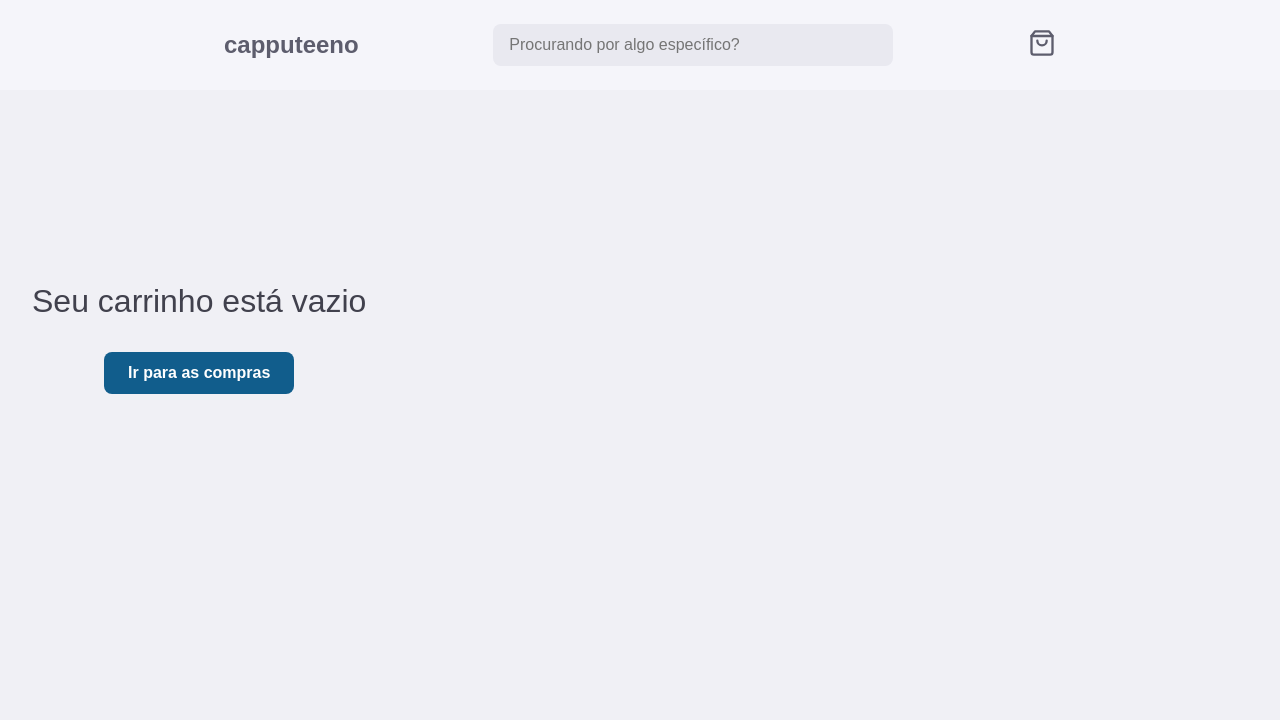
Repository: Biel-barbosa/capputeenoecomerce
Page: /cart
An editor plug-in stored every save of this project. The page is shown before and after the next save, followed by the edit.
The browser window is 1280 px wide. The pictures show the whole page.
The project was rebuilt for these pictures with package versions that can differ from the ones it lists, and the page was loaded fresh each time. The framework's server and built-in components were replaced by stand-ins that run in the browser. Also part of the build but not shown: next.config.ts.

Above is the page before, as saved 2025-04-23 17:21:08.

### src/app/layout.tsx
import type { Metadata } from "next";
import { Geist, Geist_Mono } from "next/font/google";
import "./globals.css";
import { CartProvider } from "../contexts/CartContexts"; // Adicione a importação do CartProvider

const geistSans = Geist({
  variable: "--font-geist-sans",
  subsets: ["latin"],
});

const geistMono = Geist_Mono({
  variable: "--font-geist-mono",
  subsets: ["latin"],
});

export const metadata: Metadata = {
  title: "Create Next App",
  description: "Generated by create next app",
};

export default function RootLayout({
  children,
}: Readonly<{
  children: React.ReactNode;
}>) {
  return (
    <html lang="en">
      <body className={`${geistSans.variable} ${geistMono.variable}`}>

        <CartProvider>
          {children}
        </CartProvider>
      </body>
    </html>
  );
}

### src/app/cart/page.tsx
'use client';

import { useEffect, useState } from 'react';
import styled from 'styled-components';
import Header from '@/components/Header';
import { Product } from '@/data/products';
import Link from 'next/link';

type CartItem = Product & { quantity: number };

const PageWrapper = styled.div`
  background-color: #f0f0f5;
  min-height: 100vh;
`;

const Container = styled.div`
  max-width: 1440px;
  margin: 2rem auto;
  padding: 0 2rem;
  display: flex;
  gap: 2rem;
  flex-wrap: wrap;
  justify-content: space-between;
`;

const ProductsSection = styled.div`
  flex: 2;
  display: flex;
  flex-direction: column;
  gap: 1.5rem;
`;

const SummarySection = styled.div`
  flex: 1;
  background: white;
  padding: 2rem;
  border-radius: 8px;
  box-shadow: 0 0 4px rgba(0, 0, 0, 0.1);
  height: fit-content;
`;

const ProductCard = styled.div`
  display: flex;
  justify-content: space-between;
  gap: 1rem;
  background: white;
  padding: 1rem;
  border-radius: 8px;
  align-items: center;
`;

const ProductImage = styled.img`
  width: 80px;
  height: 80px;
  object-fit: cover;
  border-radius: 8px;
`;

const ProductInfo = styled.div`
  flex: 1;
  display: flex;
  flex-direction: column;
`;

const Controls = styled.div`
  display: flex;
  gap: 0.5rem;
  align-items: center;
`;

const ControlButton = styled.button`
  background: #e0e0e0;
  border: none;
  border-radius: 4px;
  padding: 0.25rem 0.5rem;
  font-weight: bold;
  cursor: pointer;
`;

const RemoveButton = styled.button`
  background: transparent;
  border: none;
  color: red;
  cursor: pointer;
`;

const Title = styled.h3`
  margin: 0;
  font-size: 1rem;
`;

const Price = styled.span`
  color: #737380;
  font-weight: bold;
`;

const SummaryItem = styled.div`
  display: flex;
  justify-content: space-between;
  margin-bottom: 1rem;
`;

const SummaryTitle = styled.h2`
  margin-bottom: 2rem;
`;

const Total = styled.strong`
  font-size: 1.2rem;
`;

const CheckoutButton = styled.button`
  width: 100%;
  padding: 0.75rem;
  background: #115d8c;
  color: white;
  font-weight: bold;
  border: none;
  border-radius: 8px;
  margin-top: 2rem;
  cursor: pointer;

  &:hover {
    background: #0d4c74;
  }
`;

const HelpLinks = styled.div`
  margin-top: 2rem;
  font-size: 0.875rem;
  color: #737380;

  a {
    display: block;
    margin-top: 0.5rem;
    color: #737380;
    text-decoration: none;

    &:hover {
      text-decoration: underline;
    }
  }
`;

// Novo estilo para a mensagem de carrinho vazio
const EmptyCartMessage = styled.div`
  display: flex;
  flex-direction: column;
  justify-content: center;
  align-items: center;
  height: 60vh; /* Tamanho da área onde a mensagem será exibida */
  text-align: center;

  p {
    font-size: 2rem;
    color: #41414d;
    margin-bottom: 2rem;
  }

  button {
    padding: 0.75rem 1.5rem;
    background-color: #115d8c;
    color: white;
    font-weight: bold;
    border: none;
    border-radius: 8px;
    cursor: pointer;
    font-size: 1rem;

    &:hover {
      background-color: #0d4c74;
    }
  }
`;

export default function CartPage() {
  const [cart, setCart] = useState<CartItem[]>([]);

  // Carregar o carrinho do localStorage
  useEffect(() => {
    const savedCart = localStorage.getItem('cart');
    if (savedCart) {
      setCart(JSON.parse(savedCart));
    }
  }, []);

  // Atualizar o localStorage e o estado do carrinho
  const updateLocalStorage = (updatedCart: CartItem[]) => {
    localStorage.setItem('cart', JSON.stringify(updatedCart));
    setCart(updatedCart);
  };

  // Aumentar a quantidade de um produto
  const increaseQuantity = (id: string) => {
    const updatedCart = cart.map(item =>
      item.id === id ? { ...item, quantity: item.quantity + 1 } : item
    );
    updateLocalStorage(updatedCart);
  };

  // Diminuir a quantidade de um produto
  const decreaseQuantity = (id: string) => {
    const updatedCart = cart
      .map(item =>
        item.id === id ? { ...item, quantity: Math.max(1, item.quantity - 1) } : item
      );
    updateLocalStorage(updatedCart);
  };

  // Remover um produto do carrinho
  const removeItem = (id: string) => {
    const updatedCart = cart.filter(item => item.id !== id);
    updateLocalStorage(updatedCart);
  };

  // Calcular subtotal, entrega e total
  const subtotal = cart.reduce((acc, item) => acc + item.price * item.quantity, 0);
  const delivery = 40; // Custo fixo de entrega
  const total = subtotal + delivery;

  return (
    <PageWrapper>
      <Header />
      <Container>
        {cart.length === 0 ? (
          <EmptyCartMessage>
            <p>Seu carrinho está vazio</p>
            <Link href="/" passHref>
              <button>Ir para as compras</button>
            </Link>
          </EmptyCartMessage>
        ) : (
          <>
            <ProductsSection>
              {cart.map((product) => (
                <ProductCard key={product.id}>
                  <ProductImage src={product.image} alt={product.title} />
                  <ProductInfo>
                    <Title>{product.title}</Title>
                    <Price>R$ {(product.price * product.quantity).toFixed(2)}</Price>
                    <Controls>
                      <ControlButton onClick={() => decreaseQuantity(product.id)}>-</ControlButton>
                      <span>{product.quantity}</span>
                      <ControlButton onClick={() => increaseQuantity(product.id)}>+</ControlButton>
                    </Controls>
                  </ProductInfo>
                  <RemoveButton onClick={() => removeItem(product.id)}>Remover</RemoveButton>
                </ProductCard>
              ))}
            </ProductsSection>

            <SummarySection>
              <SummaryTitle>Resumo do pedido</SummaryTitle>
              <SummaryItem>
                <span>Subtotal de produtos</span>
                <span>R$ {subtotal.toFixed(2)}</span>
              </SummaryItem>
              <SummaryItem>
                <span>Entrega</span>
                <span>R$ {delivery.toFixed(2)}</span>
              </SummaryItem>
              <SummaryItem>
                <span>Total</span>
                <Total>R$ {total.toFixed(2)}</Total>
              </SummaryItem>

              <CheckoutButton>Finalizar a compra</CheckoutButton>

              <HelpLinks>
                <a href="#">Ajuda</a>
                <a href="#">Reembolsos</a>
                <a href="#">Entregas e frete</a>
                <a href="#">Trocas e devoluções</a>
              </HelpLinks>
            </SummarySection>
          </>
        )}
      </Container>
    </PageWrapper>
  );
}

### src/contexts/CartContexts.tsx
'use client';

import React, { createContext, useContext, useState, useEffect, ReactNode } from 'react';

export type Product = {
    id: string;
    title: string;
    price: number;
    image: string;
};

type CartContextType = {
    cart: Product[];
    addToCart: (product: Product) => void;
    removeFromCart: (id: string) => void;
    updateCartItemCount: () => void;
    cartItemCount: number;
};

const CartContext = createContext<CartContextType | undefined>(undefined);

export const CartProvider = ({ children }: { children: ReactNode }) => {
    const [cart, setCart] = useState<Product[]>([]);
    const [cartItemCount, setCartItemCount] = useState<number>(0);

    useEffect(() => {
        if (typeof window !== 'undefined') {
            try {
                const storedCart = localStorage.getItem('cart');
                if (storedCart) {
                    // Tenta parsear o valor, se falhar, reinicia o carrinho
                    const parsedCart = JSON.parse(storedCart);
                    if (Array.isArray(parsedCart)) {
                        setCart(parsedCart);
                        setCartItemCount(parsedCart.length);
                    } else {
                        // Se o conteúdo não for um array válido, resetamos o carrinho
                        console.error('localStorage contém dados inválidos para o carrinho');
                        setCart([]);
                        setCartItemCount(0);
                    }
                }
            } catch (error) {
                console.error('Erro ao parsear o localStorage:', error);
                setCart([]);
                setCartItemCount(0);
            }
        }
    }, []);

    const addToCart = (product: Product) => {
        const updatedCart = [...cart, product];
        setCart(updatedCart);
        if (typeof window !== 'undefined') {
            try {
                localStorage.setItem('cart', JSON.stringify(updatedCart));
            } catch (error) {
                console.error('Erro ao salvar no localStorage:', error);
            }
        }
        setCartItemCount(updatedCart.length);
    };

    const removeFromCart = (id: string) => {
        const updatedCart = cart.filter(item => item.id !== id);
        setCart(updatedCart);
        if (typeof window !== 'undefined') {
            try {
                localStorage.setItem('cart', JSON.stringify(updatedCart));
            } catch (error) {
                console.error('Erro ao salvar no localStorage:', error);
            }
        }
        setCartItemCount(updatedCart.length);
    };

    const updateCartItemCount = () => {
        setCartItemCount(cart.length);
    };

    return (
        <CartContext.Provider value={{ cart, addToCart, removeFromCart, updateCartItemCount, cartItemCount }}>
            {children}
        </CartContext.Provider>
    );
};

export const useCart = () => {
    const context = useContext(CartContext);
    if (!context) {
        throw new Error('useCart must be used within a CartProvider');
    }
    return context;
};

export { CartContext };

### src/components/Header.tsx
import { useContext } from 'react'; // Importando o useContext do React
import styled from 'styled-components';
import { FiShoppingBag } from 'react-icons/fi';
import Link from 'next/link';
import { CartContext } from '@/contexts/CartContexts'; // Importando o contexto

type HeaderProps = {
  onSearch?: (value: string) => void;
};

// Estilos
const HeaderContainer = styled.header`
  width: 100%;
  padding: 1.5rem 14rem;
  display: flex;
  align-items: center;
  justify-content: space-between;
  background-color: #f5f5fa;
  flex-wrap: wrap;
  gap: 1rem;
`;

const Logo = styled.h1`
  font-size: 1.5rem;
  font-weight: 600;
  color: #5d5d6d;
  margin: 0;
`;

const SearchInput = styled.input`
  flex: 1;
  max-width: 400px;
  margin: 0 2rem;
  padding: 0.75rem 1rem;
  border: none;
  border-radius: 8px;
  background: #e9e9f0;
  font-size: 1rem;
  color: #737380;

  &:focus {
    outline: 2px solid #115d8c;
  }

  @media (max-width: 768px) {
    margin: 0;
    width: 100%;
    order: 3;
  }
`;

const CartButton = styled.button`
  position: relative;
  background: none;
  border: none;
  cursor: pointer;

  svg {
    font-size: 1.75rem;
    color: #5d5d6d;
  }
`;

const CartCount = styled.span`
  position: absolute;
  top: -8px;
  right: -8px;
  background-color: #de3838;
  color: white;
  border-radius: 50%;
  font-size: 0.75rem;
  padding: 0.25rem 0.5rem;
  line-height: 1;
`;

const Header = ({ onSearch }: HeaderProps) => {
  // Usando o CartContext para acessar a quantidade de itens no carrinho
  const { cartItemCount } = useContext(CartContext) || { cartItemCount: 0 }; // Corrigido: fallback para 0 caso o contexto seja undefined

  return (
    <HeaderContainer>
      <Link href="/" passHref>
        <Logo>capputeeno</Logo>
      </Link>

      <SearchInput
        type="text"
        placeholder="Procurando por algo específico?"
        onChange={(e) => onSearch?.(e.target.value)}
      />

      <Link href="/cart" passHref>
        <CartButton>
          <FiShoppingBag />
          {cartItemCount > 0 && <CartCount>{cartItemCount}</CartCount>}
        </CartButton>
      </Link>
    </HeaderContainer>
  );
};

export default Header;

Loaded but not shown: src/app/globals.css (common file)

After the next save:
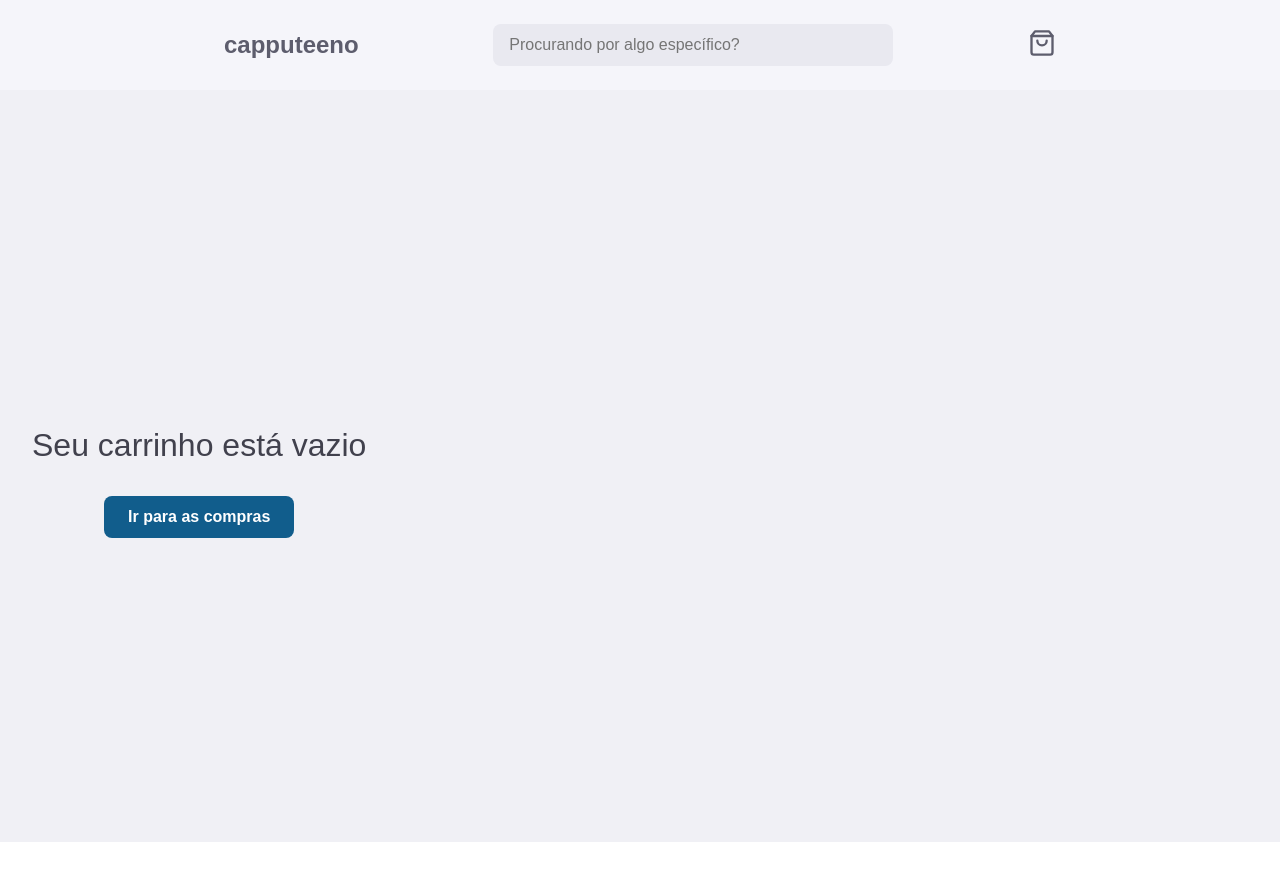
Saved 72 s later.
--- a/src/app/cart/page.tsx
+++ b/src/app/cart/page.tsx
@@ -147,7 +147,7 @@ const EmptyCartMessage = styled.div`
   flex-direction: column;
   justify-content: center;
   align-items: center;
-  height: 60vh; /* Tamanho da área onde a mensagem será exibida */
+  height: 100vh; /* Garantir que ocupe toda a altura da tela */
   text-align: center;
 
   p {
@@ -171,6 +171,7 @@ const EmptyCartMessage = styled.div`
     }
   }
 `;
+
 
 export default function CartPage() {
   const [cart, setCart] = useState<CartItem[]>([]);
